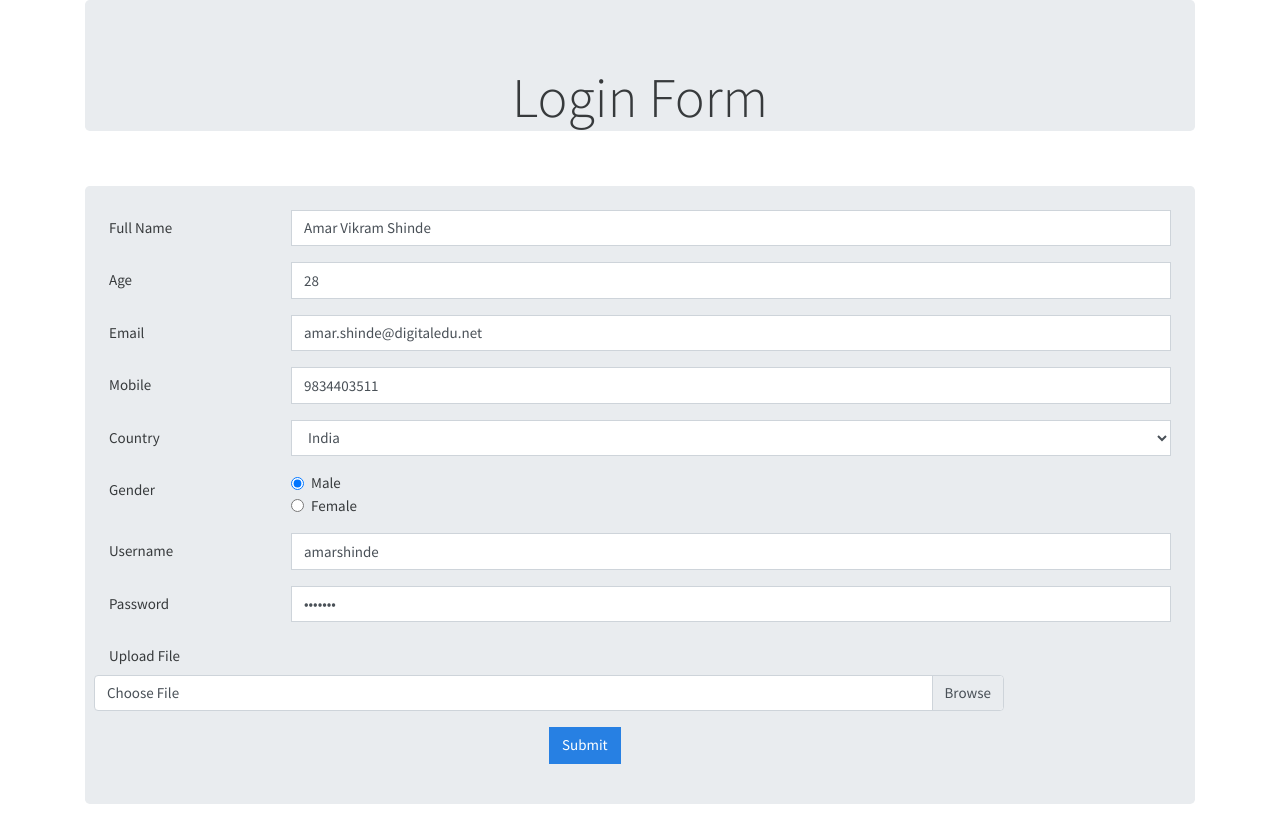
Repository: amar468S/Ng-templateDrivenForm
Page: /
The author's editor kept a copy of each file at every save. The page is drawn from the files as they stood at one save, then again after the next save.
The browser window is 1280 px wide. The pictures show the whole page.
Some web libraries are served in a nearby version. The project was rebuilt for these pictures with package versions that can differ from the ones it lists, and the page was loaded fresh each time. Also part of the build but not shown: angular.json.

Above is the page before, as saved 2019-02-03 22:31:05.

### src/index.html
<!doctype html>
<html lang="en">
<head>
  <meta charset="utf-8">
  <title>NgTemplateForms</title>
  <base href="/">

  <meta name="viewport" content="width=device-width, initial-scale=1">
  <link rel="icon" type="image/x-icon" href="favicon.ico">
  <!-- CSS -->
  <link rel="stylesheet" href="https://stackpath.bootstrapcdn.com/bootstrap/4.2.1/css/bootstrap.min.css" integrity="sha384-GJzZqFGwb1QTTN6wy59ffF1BuGJpLSa9DkKMp0DgiMDm4iYMj70gZWKYbI706tWS" crossorigin="anonymous">
  <link rel="stylesheet" href="https://bootswatch.com/4/cosmo/bootstrap.min.css">
  <!-- JS -->
  <script src="https://code.jquery.com/jquery-3.3.1.slim.min.js" integrity="sha384-q8i/X+965DzO0rT7abK41JStQIAqVgRVzpbzo5smXKp4YfRvH+8abtTE1Pi6jizo" crossorigin="anonymous"></script>
  <script src="https://cdnjs.cloudflare.com/ajax/libs/popper.js/1.14.6/umd/popper.min.js" integrity="sha384-wHAiFfRlMFy6i5SRaxvfOCifBUQy1xHdJ/yoi7FRNXMRBu5WHdZYu1hA6ZOblgut" crossorigin="anonymous"></script>
  <script src="https://stackpath.bootstrapcdn.com/bootstrap/4.2.1/js/bootstrap.min.js" integrity="sha384-B0UglyR+jN6CkvvICOB2joaf5I4l3gm9GU6Hc1og6Ls7i6U/mkkaduKaBhlAXv9k" crossorigin="anonymous"></script>

</head>
<body>
  <app-root></app-root>
</body>
</html>

### src/app/app.component.ts
import { Component } from '@angular/core';
import { UserForm } from './UserForm';

@Component({
  selector: 'app-root',
  templateUrl: './app.component.html',
  styleUrls: ['./app.component.css']
})
export class AppComponent {

    userForm:UserForm

    constructor(){
      this.userForm = new UserForm();
    }

    login(userForm) {
      console.log(userForm.form.value);
      this.userForm = new UserForm();
    }
}

### src/app/app.component.html
<div class="container">
    <div class="jumbotron pb-0">
      <p class="display-4 text-center mb-0">Login Form</p>
    </div>
    <br>
  <div class="jumbotron p-4">
  <form #usrForm="ngForm" (ngSubmit)="login(usrForm)">
      <div class="form-group row">
          <label class="col-sm-2 col-form-label">Full Name</label>
          <div class="col-sm-10">
            <input type="text" class="form-control" [ngClass]="(fullName.dirty && fullName.invalid) ? 'is-invalid':''" placeholder="Enter Full Name"
            name="fullname" [(ngModel)]="userForm.fullName" #fullName="ngModel" required>
            <small class="invalid-feedback">This field can't be empty</small>
          </div>
      </div>
      <div class="form-group row">
          <label class="col-sm-2 col-form-label">Age</label>
          <div class="col-sm-10">
            <input type="number" class="form-control" [ngClass]="age.dirty && age.invalid ? 'is-invalid':''" placeholder="Enter Age"
            name="age" [(ngModel)]="userForm.age" #age="ngModel" required>
            <small class="invalid-feedback">This field can't be empty</small>
          </div>
      </div>
       <div class="form-group row">
          <label class="col-sm-2 col-form-label">Email</label>
          <div class="col-sm-10">
            <input type="email" class="form-control" [ngClass]="email.dirty && email.invalid ? 'is-invalid':''" placeholder="Enter Email"
            name="email" [(ngModel)]="userForm.email" #email="ngModel" required>
            <small class="invalid-feedback" *ngIf="email.dirty && email.invalid">This field can't be empty</small>
          </div>
      </div>
      <div class="form-group row">
          <label class="col-sm-2 col-form-label">Mobile</label>
          <div class="col-sm-10">
            <input type="text" class="form-control" [ngClass]="mobile.dirty && mobile.invalid ? 'is-invalid':''" placeholder="Enter Mobile"
            name="mobile" [(ngModel)]="userForm.mobile" #mobile="ngModel" required minlength="10">
            <div *ngIf="mobile.dirty && mobile.invalid">
              <small class="invalid-feedback" *ngIf="mobile.errors.required">This field can't be empty</small>
              <small class="invalid-feedback" *ngIf="mobile.errors.minlength">This field must contain minimum 10 characters</small>
            </div>
          </div>
      </div>
      <div class="form-group row">
          <label class="col-sm-2 col-form-label">Country</label>
          <div class="col-sm-10">
            <select class="form-control" name="country" [ngClass]="country.dirty && country.invalid ? 'is-invalid':''"
              [(ngModel)]="userForm.country" #country="ngModel" required>
              <option value="">Select Country</option>
              <option value="India">India</option>
              <option value="Sri Lanka">Sri Lanka</option>
              <option value="Bangladesh">Bangladesh</option>
              <option value="Nepal">Nepal</option>
            </select>
            <small class="invalid-feedback">Please select country</small>
          </div>
      </div>
      <div class="form-group row">
          <label class="col-sm-2 col-form-label">Gender</label>
          <div class="col-sm-10">
            <div class="form-check">
              <input class="form-check-input" type="radio"
                name="gender" value="Male" [checked]="(userForm.gender=='Male')?'checked':''">
              <label class="form-check-label">Male</label>
            </div>
            <div class="form-check">
                <input class="form-check-input" type="radio" name="gender" value="Female" [checked]="(userForm.gender=='Female')?'checked':''">
                <label class="form-check-label">Female</label>
            </div>
          </div>
      </div>
      <div class="form-group row">
          <label class="col-sm-2 col-form-label">Username</label>
          <div class="col-sm-10">
            <input type="text" class="form-control" [ngClass]="username.dirty && username.invalid ? 'is-invalid':''" placeholder="Enter Username"
            name="username" [(ngModel)]="userForm.username" #username="ngModel" required>
            <small class="invalid-feedback">This field can't be empty</small>
          </div>
      </div>
      <div class="form-group row">
          <label class="col-sm-2 col-form-label">Password</label>
          <div class="col-sm-10">
            <input type="password" class="form-control" [ngClass]="password.dirty && password.invalid ? 'is-invalid':''" placeholder="Enter Password"
            name="password" [(ngModel)]="userForm.password" #password="ngModel">
            <small class="invalid-feedback">This field can't be empty</small>
          </div>
      </div>
      <div class="form-group row">
        <label for="" class="col-sm-2 col-form-label">Upload File</label>
        <div class="input-group">
          <div class="custom-file col-sm-10">
            <input type="file" class="custom-file-input">
            <label class="custom-file-label">Choose File</label>
          </div>
        </div>
      </div>
      <div class="form-group row">
          <label class="col-sm-5 col-form-label"></label>
          <div>
            <input type="submit" class="btn btn-primary" [disabled]="usrForm.form.invalid">
          </div>
      </div>
  </form>
  </div>

</div>

### src/app/UserForm.ts
export class UserForm {
    fullName:string;
    age:string;
    email:string;
    mobile:string;
    country:string;
    gender:string;
    username:string;
    password:string;


    constructor(){
        this.fullName = 'Amar Vikram Shinde';
        this.age = '28';
        this.country = 'India';
        this.email = 'amar.shinde@digitaledu.net';
        this.mobile = '9834403511';
        this.username = 'amarshinde';
        this.password = 'amar123';
        this.gender = 'Male';
    }
}

Loaded but not shown: src/styles.css (common file); src/main.ts (common file); src/app/app.module.ts (common file); src/environments/environment.ts (common file); src/app/app.component.css (no stored copy; drawn as an empty file)

After the next save:
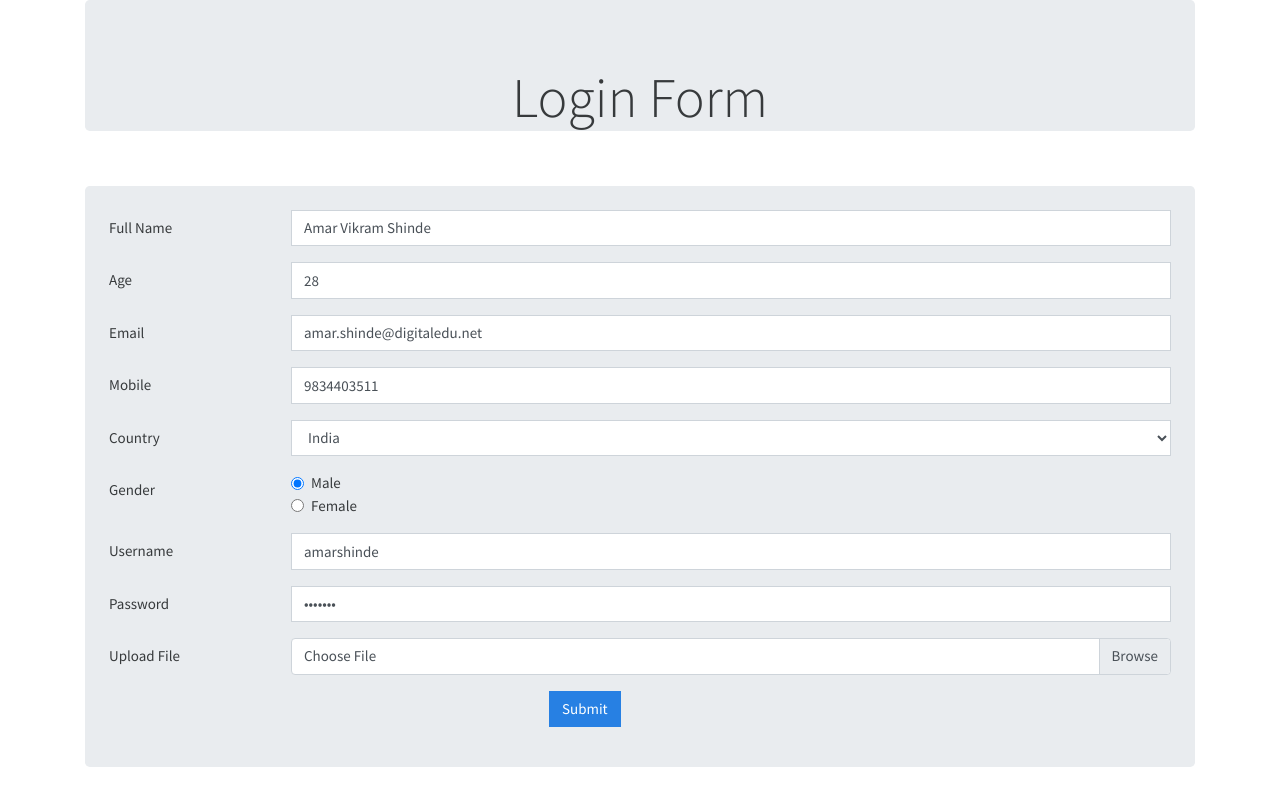
Saved 14 s later.
--- a/src/app/app.component.html
+++ b/src/app/app.component.html
@@ -86,8 +86,8 @@
       </div>
       <div class="form-group row">
         <label for="" class="col-sm-2 col-form-label">Upload File</label>
-        <div class="input-group">
-          <div class="custom-file col-sm-10">
+        <div class="input-group col-sm-10">
+          <div class="custom-file">
             <input type="file" class="custom-file-input">
             <label class="custom-file-label">Choose File</label>
           </div>
